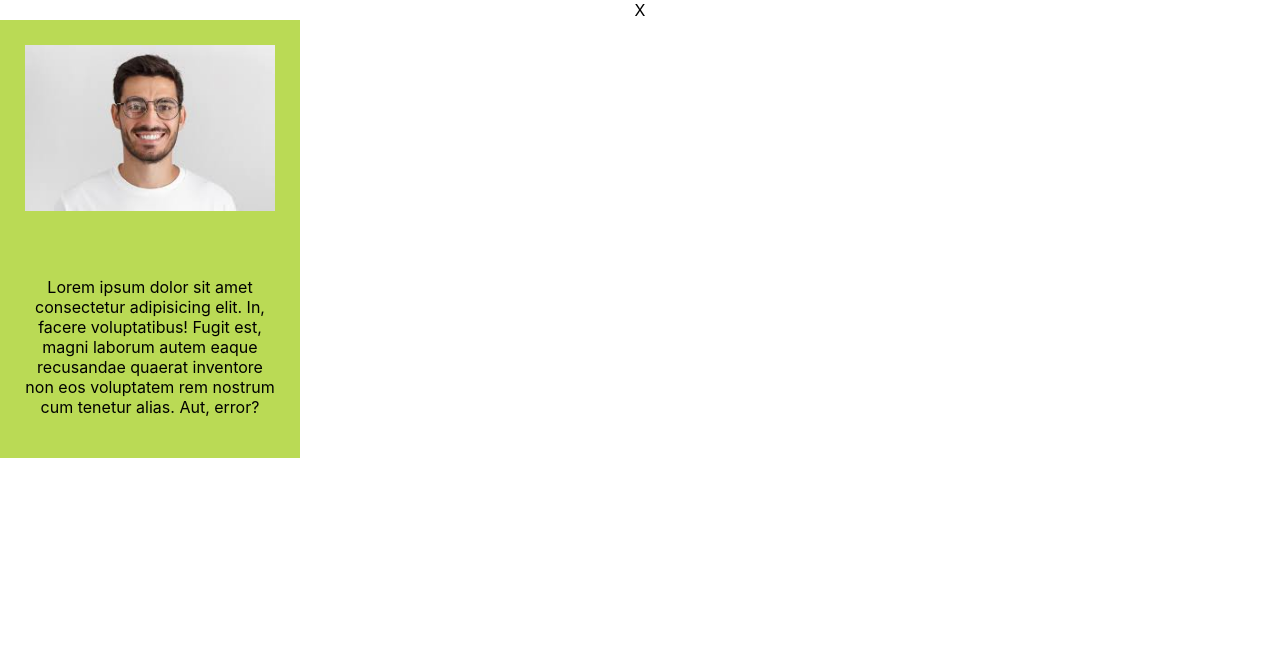
Repository: mikelnorth/team-profile-demo
Page: /
The author's editor kept a copy of each file at every save. The page is drawn from the files as they stood at one save, then again after the next save.
The browser window is 1280 px wide. The pictures show the whole page.
The project was rebuilt for these pictures with package versions that can differ from the ones it lists, and the page was loaded fresh each time.

Above is the page before, as saved 2022-05-19 18:30:50.

### src/App.js
import './App.css';
import Card from './components/Card';

function App() {
  return (
    <div className="App">
      <nav>X</nav>

      <main>
        <Card/>
      </main>

    </div>
  );
}

export default App;

### src/components/Card.js
import headshot from "../assets/images/stock-head.jpeg";
import './Card.scss';

export default function Card() {
  return (
    <section className="card">
      <img src={headshot} alt="headshot" />
      <p>
        Lorem ipsum dolor sit amet consectetur adipisicing elit. In, facere
        voluptatibus! Fugit est, magni laborum autem eaque recusandae quaerat
        inventore non eos voluptatem rem nostrum cum tenetur alias. Aut, error?
      </p>
    </section>
  );
}

### src/components/Card.scss
.card {
  display: flex;
  flex-direction: column;
  width: 250px;
  padding: 25px;
  background-color: #bada55;

  img {
    margin-bottom: 50px;
  }
}

Loaded but not shown: public/index.html (common file); src/index.js (common file); src/index.css (common file); src/reportWebVitals.js (common file); src/App.css (common file)

After the next save:
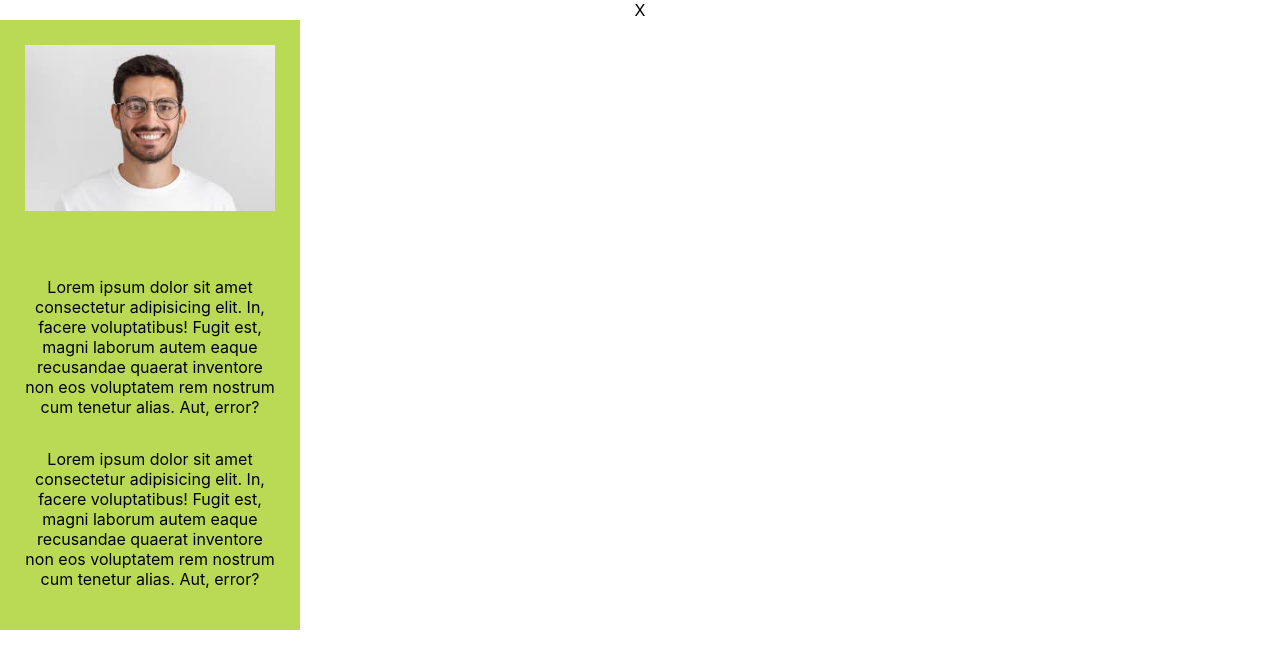
Saved 40 s later.
--- a/src/components/Card.js
+++ b/src/components/Card.js
@@ -10,6 +10,11 @@ export default function Card() {
         voluptatibus! Fugit est, magni laborum autem eaque recusandae quaerat
         inventore non eos voluptatem rem nostrum cum tenetur alias. Aut, error?
       </p>
+      <p>
+        Lorem ipsum dolor sit amet consectetur adipisicing elit. In, facere
+        voluptatibus! Fugit est, magni laborum autem eaque recusandae quaerat
+        inventore non eos voluptatem rem nostrum cum tenetur alias. Aut, error?
+      </p>
     </section>
   );
 }
